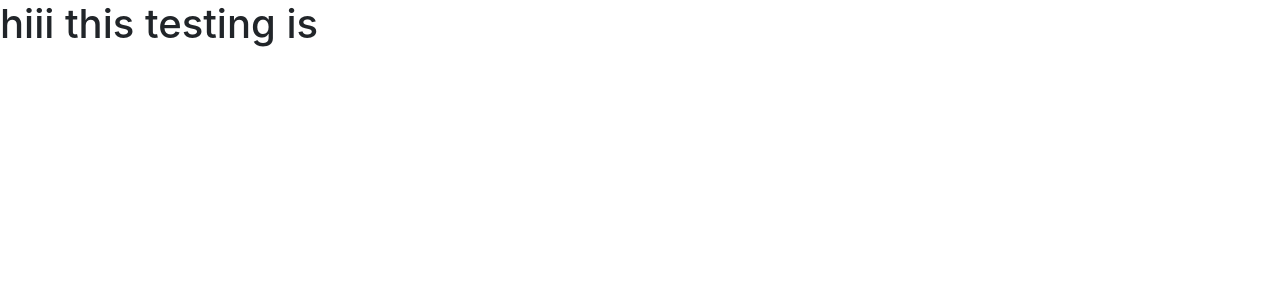
Repository: shivanand1988-28-06/townwarta
Page: http://localhost/articles/status
An editor plug-in stored every save of this project. The page is shown before and after the next save, followed by the edit.
The browser window is 1280 px wide. The pictures show the whole page.
The page is served by the project's Node server (Townwarta.js).

Above is the page before, as saved 2022-08-26 20:21:15.

After the next save:
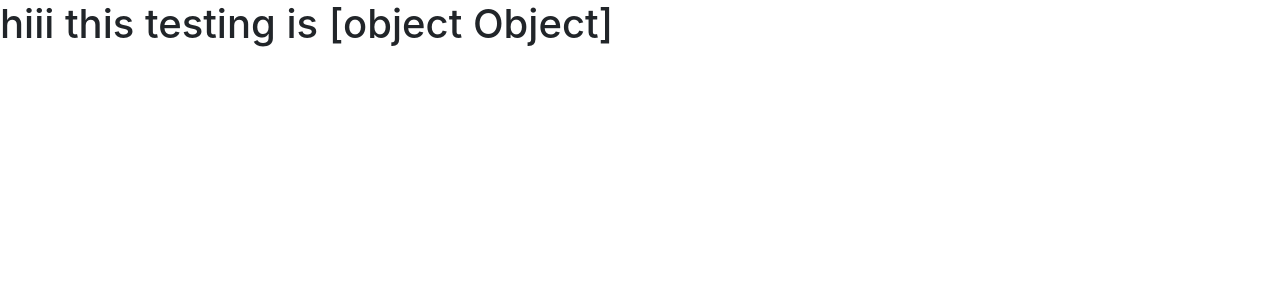
Saved 61 min 59 s later.
--- a/views/articles/status.ejs
+++ b/views/articles/status.ejs
@@ -8,5 +8,5 @@
   <title>TOWNWARTA</title>
 </head>
 <body>
-    <h1>hiii this  testing is <% stat %></h1>
+    <h1>hiii this  testing is <%= stat %></h1>
 </body>
